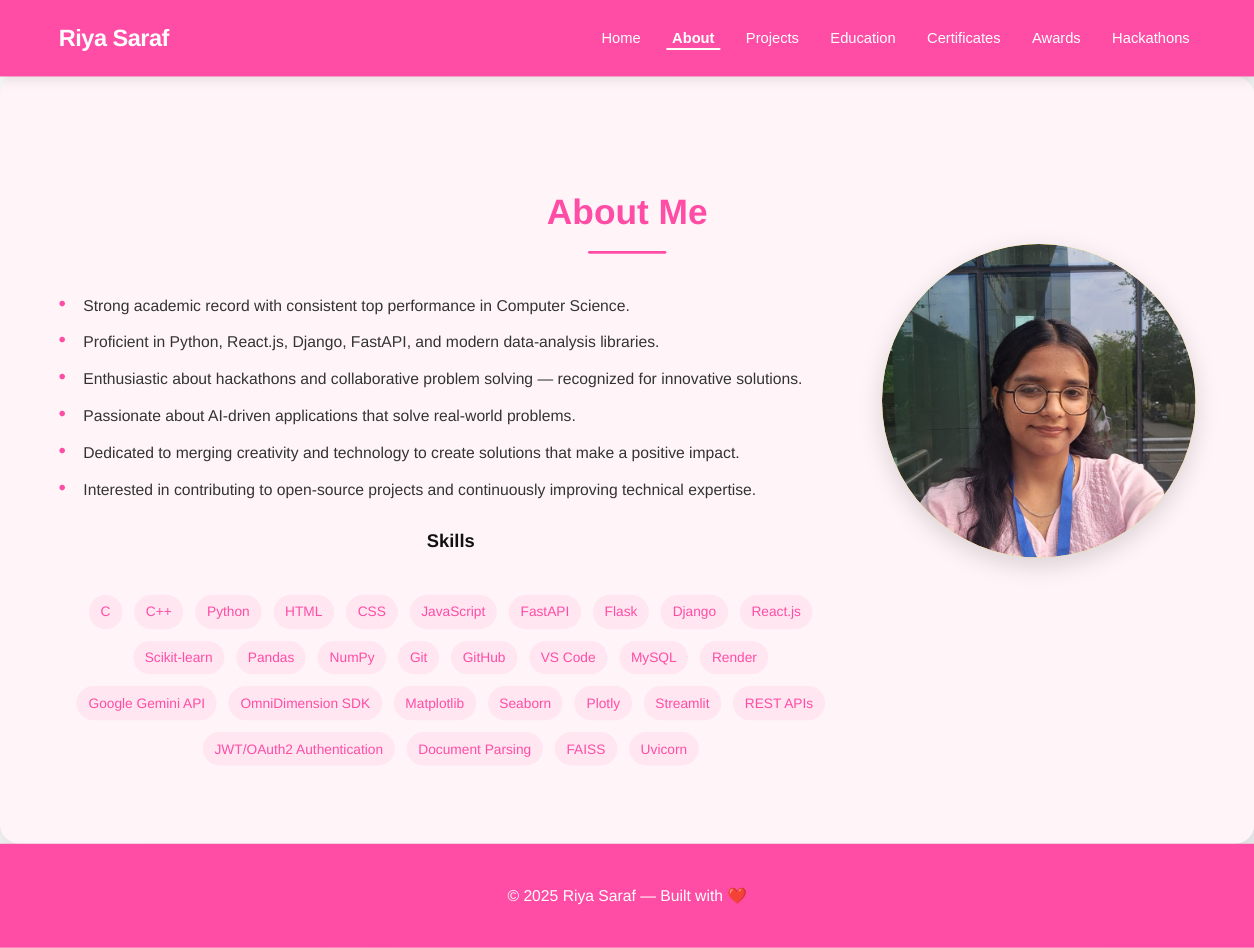
Repository: riyaaaa19/riya-portfolio
Page: /, after clicking the first element matching `nav > :nth-child(2)`
The author's editor kept a copy of each file at every save. The page is drawn from the files as they stood at one save, then again after the next save.
The browser window is 1280 px wide. The pictures show the whole page, at 98% of full size.
The project was rebuilt for these pictures with package versions that can differ from the ones it lists, and the page was loaded fresh each time. Also part of the build but not shown: src/components/TimelineCard.js.

Above is the page before, as saved 2025-09-14 15:54:07.

### src/App.js
import React, { useState } from "react";
import { Mail, Github, Linkedin } from "lucide-react";
import TimelineCard from "./components/TimelineCard";
import "./styles.css";

export default function RiyaSarafPortfolio() {
  const [activePage, setActivePage] = useState("home");

  // ===== Data Sections =====
  const projects = [
    {
      title: "Leave Management System",
      tech: "React.js, FastAPI, PostgreSQL, JWT",
      desc: "Full-stack app for managing employee leave requests with role-based access and JWT authentication.",
      github: "https://github.com/riyaaaa19/leave-management-system",
      img: "/images/leave.png",
    },
    {
      title: "Genomic Analysis Web Application",
      tech: "Python, Django, Scikit-learn, Pandas",
      desc: "Django app for genomic data analysis with ML model selection, preprocessing and visualizations.",
      github: "https://github.com/riyaaaa19/genomic-analysis-django",
      img: "/images/genomics.png",
    },
    {
      title: "CyberSaarthi – Phishing & Invoice Fraud Detection",
      tech: "FastAPI, React.js, SQLite",
      desc: "ML + rule-based backend for phishing and invoice fraud detection with document parsing and structured reports.",
      github: "https://github.com/riyaaaa19/CyberSaarthi",
      img: "/images/cyber.png",
    },
    {
      title: "SheCare AI",
      tech: "FastAPI, React, SQLite, OmniDimension API",
      desc: "Health & wellness assistant for women with cycle tracking, journaling, PCOS risk check, and AI chatbot.",
      github: "https://github.com/sonamnimje/SheCare-AI",
      img: "/images/shecare.png",
    },
    {
      title: "SmartGrocery — AI-Powered Grocery & Recipe Assistant",
      tech: "Flask, Scikit-learn, Bootstrap, CSS",
      desc: "Smart Grocery Web app for recipe suggestions, nutrition tracking, inventory management, and shopping lists.",
      github: "https://github.com/arnavv19/Smart-Grocery-AI",
      img: "/images/grocery.png",
    },
  ];

  const education = [
    {
      school: "BADERIA GLOBAL INSTITUTE OF ENGINEERING AND MANAGEMENT",
      degree: "B.Tech CSE (Data Science)",
      year: "2022 – 2026",
      score: "CGPA: 8.28",
      img: "/images/graduation.png",
    },
    {
      school: "Nachiketa Higher Secondary School, Jabalpur",
      degree: "Class 12th • PCM • State Board",
      year: "2022",
      score: "Percentage: 73.4%",
      img: "/images/school.png",
    },
    {
      school: "Nachiketa Higher Secondary School, Jabalpur",
      degree: "Class 10th • State Board",
      year: "2020",
      score: "Percentage: 92%",
      img: "/images/school.png",
    },
  ];

  const certificates = [
    { title: "PCAP: Programming Essentials in Python", img: "/images/certificate1.jpg" },
    { title: "Introduction to Data Science — Cisco", img: "/images/certificate2.jpg" },
    { title: "Accenture Data Analytics Simulation", img: "/images/certificate3.jpg" },
    { title: "Global Entrepreneur Summit — IIT Kharagpur", img: "/images/certificate4.jpg" },
    { title: "Artificial Intelligence Fundamentals — IBM SkillsBuild", img: "/images/certificate5.jpg" },
    { title: "Cybersecurity Essentials — Cisco", img: "/images/certificate6.jpg" },
    { title: "Data Analytics — IBM Cognos", img: "/images/certificate7.jpg" },
  ];

  const awards = [
    { title: "Branch Topper — 2023, 2024, 2025", img: "/images/award1.jpg" },
    { title: "Best Girls Team Award — Hack SRIT 2025", img: "/images/award2.jpg" },
    { title: "1st Runner-Up — Ecopreneur Hackathon", img: "/images/award3.jpg" },
    { title: "3rd Position — Slide The Change at IEEE SHE ASPIRE 2.0", img: "/images/award4.jpg" },
  ];

  const hackathons = [
    {
      title: "Ecopreneur Hackathon",
      desc: "Hosted by Baderia Global Institute of Engineering and Management",
      img: "/images/hackathon1.jpg",
    },
    {
      title: "36-hour HackSRIT Hackathon",
      desc: "Hosted by Shri Ram Institute of technology",
      img: "/images/hackathon2.jpg",
    },
    {
      title: "Operation Eclipse – Stealth Spacecraft Design & Architecture",
      desc: "Competition at IIITDM Jabalpur",
      img: "/images/hackathon3.jpg",
    },
    {
      title: "Global Entrepreneurship Summit 2025",
      desc: "IIT Kharagpur",
      img: "/images/hackathon4.jpg",
    },
    {
      title: "All India Women only Hackathon 2023",
      desc: "Hosted by Shooting stars foundation",
      img: "/images/hackathon5.jpg",
    },
  ];

  return (
    <div>
      {/* ===== Header ===== */}
      <header>
        <h1>Riya Saraf</h1>
        <nav>
          {["home", "about", "projects", "education", "certificates", "awards", "hackathons"].map((page) => (
            <button
              key={page}
              onClick={() => setActivePage(page)}
              className={activePage === page ? "active" : ""}
            >
              {page.charAt(0).toUpperCase() + page.slice(1)}
            </button>
          ))}
        </nav>
      </header>

      {/* ===== Home Section ===== */}
      {activePage === "home" && (
        <section className="hero">
          <div className="particle-bg">
            <span></span><span></span><span></span><span></span><span></span>
          </div>
          <div className="hero-text">
            <h2>
              Hi There, I'm <span className="highlight">Riya Saraf</span>
            </h2>
            <h3>
              I Am Into{" "}
              <span className="typing-container">
                <span className="typing">Web Development | Data Science | AI/ML</span>
              </span>
            </h3>
            <p>
              Motivated Computer Science undergraduate skilled in Python,
              full-stack development, and ML/AI. Passionate about building
              impactful solutions and contributing to open-source projects.
            </p>

            <div className="hero-buttons">
              <button className="cta" onClick={() => setActivePage("projects")}>View Projects</button>
              <a
                href="https://mail.google.com/mail/?view=cm&fs=1&to=riyasaraf19@gmail.com"
                target="_blank"
                rel="noopener noreferrer"
                className="cta"
              >
                Contact Me
              </a>
              <a
                href={process.env.PUBLIC_URL + "/images/resume.pdf"}
                target="_blank"
                rel="noopener noreferrer"
                className="cta"
              >
                View Resume
              </a>
            </div>

            <div className="social-icons">
              <a href="https://linkedin.com/in/riya-saraf-9223a9257" target="_blank" rel="noreferrer"><Linkedin size={18} /></a>
              <a href="https://github.com/riyaaaa19" target="_blank" rel="noreferrer"><Github size={18} /></a>
              <a href="mailto:riyasaraf19@gmail.com"><Mail size={18} /></a>
              <a href="https://leetcode.com/u/riyaaa19/" target="_blank" rel="noreferrer">LC</a>
              <a href="https://www.hackerrank.com/profile/riyasaraf19" target="_blank" rel="noreferrer">HR</a>
            </div>
          </div>
          <div className="hero-img">
            <div className="avatar-circle">
              <img src="/images/riya-photo.png" alt="Riya Saraf" />
            </div>
          </div>
        </section>
      )}

      {/* ===== About Section ===== */}
      {activePage === "about" && (
        <section className="about">
          <h2>About Me</h2>
          <div className="about-container" style={{ display: "flex", flexWrap: "wrap", gap: "40px", alignItems: "flex-start" }}>

            {/* Left Side: About Text + Skills */}
            <div style={{ flex: 1 }}>
              <ul style={{ paddingLeft: "0", lineHeight: "1.8", listStyle: "none" }}>
                {[
                  "Strong academic record with consistent top performance in Computer Science.",
                  "Proficient in Python, React.js, Django, FastAPI, and modern data-analysis libraries.",
                  "Enthusiastic about hackathons and collaborative problem solving — recognized for innovative solutions.",
                  "Passionate about AI-driven applications that solve real-world problems.",
                  "Dedicated to merging creativity and technology to create solutions that make a positive impact.",
                  "Interested in contributing to open-source projects and continuously improving technical expertise."
                ].map((point, index) => (
                  <li key={index} style={{ position: "relative", paddingLeft: "25px", marginBottom: "12px", fontSize: "16px", color: "#333" }}>
                    <span style={{ position: "absolute", left: 0, color: "#ff4da6", fontWeight: "bold", fontSize: "20px", lineHeight: "1" }}>•</span>
                    {point}
                  </li>
                ))}
              </ul>

              {/* Skills Section */}
              <h3 style={{ marginTop: "25px", marginBottom: "15px", color: "DarkPink", textAlign: "center" }}>Skills</h3>
              <div className="skills-section" style={{ display: "flex", flexWrap: "wrap", gap: "12px", justifyContent: "center" }}>
                {[
                  "C", "C++", "Python", "HTML", "CSS", "JavaScript",
                  "FastAPI", "Flask", "Django", "React.js", "Scikit-learn", "Pandas", "NumPy",
                  "Git", "GitHub", "VS Code", "MySQL", "Render", "Google Gemini API", "OmniDimension SDK",
                  "Matplotlib", "Seaborn", "Plotly", "Streamlit",
                  "REST APIs", "JWT/OAuth2 Authentication", "Document Parsing", "FAISS", "Uvicorn"
                ].map((skill) => (
                  <span key={skill} className="skills-card" style={{
                    backgroundColor: "#ffe6f0",
                    color: "#ff4da6",
                    padding: "6px 12px",
                    borderRadius: "20px",
                    fontSize: "14px",
                    fontWeight: "500"
                  }}>{skill}</span>
                ))}
              </div>
            </div>

            {/* Right Side: About Image */}
            <div className="about-img" >
              <div className="avatar-circle">
                <img
                  src="/images/about.png"
                  alt="About Me"
                />
              </div>
            </div>
          </div>
        </section>
      )}

      {/* ===== Projects Section ===== */}
      {activePage === "projects" && (
        <section>
          <h2>Projects</h2>
          <div className="grid">
            {projects.map((p, i) => (
              <TimelineCard
                key={i}
                title={p.title}
                subtitle={p.tech}
                img={p.img}
                score={<span style={{ color: "#555" }}>{p.desc}</span>}
                github={p.github}
                live={p.live}
                type="project"
              />
            ))}
          </div>
        </section>
      )}

      {/* ===== Education Section ===== */}
      {activePage === "education" && (
        <section>
          <h2>Education</h2>
          <div className="timeline">
            {education.map((e, i) => (
              <TimelineCard
                key={i}
                title={e.school}
                subtitle={e.degree}
                year={e.year}
                score={e.score}
                img={e.img}
                type="education"
              />
            ))}
          </div>
        </section>
      )}

      {/* ===== Certificates Section ===== */}
      {activePage === "certificates" && (
        <section>
          <h2>Certificates</h2>
          <div className="grid">
            {certificates.map((c, i) => (
              <TimelineCard key={i} title={c.title} img={c.img} type="certificate" />
            ))}
          </div>
        </section>
      )}

      {/* ===== Awards Section ===== */}
      {activePage === "awards" && (
        <section>
          <h2>Awards</h2>
          <div className="grid">
            {awards.map((a, i) => (
              <TimelineCard key={i} title={a.title} img={a.img} type="award" />
            ))}
          </div>
        </section>
      )}

      {/* ===== Hackathons Section ===== */}
      {activePage === "hackathons" && (
        <section>
          <h2>Hackathons & Conferences</h2>
          <div className="grid">
            {hackathons.map((h, i) => (
              <TimelineCard key={i} title={h.title} subtitle={h.desc} img={h.img} type="certificate" />
            ))}
          </div>
        </section>
      )}

      {/* ===== Footer ===== */}
      <footer>© {new Date().getFullYear()} Riya Saraf — Built with ❤️</footer>
    </div>
  );
}

### src/styles.css
/* ===== General Styling ===== */
body {
    margin: 0;
    font-family: 'Helvetica Neue', Arial, sans-serif;
    background: linear-gradient(135deg, #fdfbfb 0%, #ebedee 100%);
    color: #111;
    line-height: 1.6;
    scroll-behavior: smooth;
}

/* ===== Header ===== */
header {
    position: sticky;
    top: 0;
    background: #ff4da6;
    padding: 20px 60px;
    display: flex;
    justify-content: space-between;
    align-items: center;
    z-index: 100;
    box-shadow: 0 4px 12px rgba(0, 0, 0, 0.1);
    animation: slideDown 0.8s ease-in-out;
}

header h1 {
    margin: 0;
    font-size: 24px;
    font-weight: 700;
    color: #fff;
    letter-spacing: -0.5px;
    transition: transform 0.3s ease;
}

header h1:hover {
    transform: scale(1.08);
}

nav button {
    background: none;
    border: none;
    margin-left: 20px;
    font-size: 15px;
    color: #fff;
    cursor: pointer;
    transition: color 0.3s, border-bottom 0.3s, transform 0.3s;
}

nav button.active {
    font-weight: 600;
    border-bottom: 2px solid #fff;
    padding-bottom: 2px;
}

nav button:hover {
    color: #ffe3f0;
    transform: translateY(-2px);
}

/* ===== Sections ===== */
section {
    padding: 80px 60px;
    background: white;
    animation: fadeIn 1s ease-in;
}

section h2 {
    font-size: 32px;
    font-weight: 700;
    margin-bottom: 25px;
    color: #ff4da6;
    text-align: center;
    position: relative;
}

section h2::after {
    content: "";
    width: 60px;
    height: 3px;
    background: #ff4da6;
    display: block;
    margin: 10px auto 0;
    border-radius: 2px;
    animation: expand 0.8s ease-in-out;
}

/* ===== Hero Section ===== */
.hero {
    display: flex;
    flex-wrap: wrap;
    justify-content: space-between;
    align-items: center;
    gap: 50px;
    padding: 100px 60px;
    min-height: 80vh;
    position: relative;
    overflow: hidden;
}

.hero-text {
    flex: 1;
    max-width: 600px;
    display: flex;
    flex-direction: column;
    gap: 12px;
}

.hero-text h2 {
    font-size: 52px;
    font-weight: 800;
    margin: 0;
    line-height: 1.2;
    color: #ff4da6;
}

.hero-text .highlight {
    background: linear-gradient(45deg, #ff4da6, #ff7eb9);
    -webkit-background-clip: text;
    -moz-background-clip: text;
    background-clip: text;
    -webkit-text-fill-color: transparent;
    color: transparent;
}

.hero-text h3 {
    font-size: 22px;
    font-weight: 600;
    margin: 0;
    color: #111;
}

.hero-text p {
    max-width: 520px;
    font-size: 16px;
    color: #333;
    line-height: 1.6;
}

/* ===== Typing Effect Fix ===== */
.typing-container {
    display: inline-block;
    min-width: 300px;
    white-space: nowrap;
}

.typing {
    display: inline-block;
    border-right: 2px solid #ff4da6;
    overflow: hidden;
    vertical-align: middle;
    animation: typing 2.5s steps(30, end) forwards, blink-caret 0.75s step-end infinite;
}

@keyframes typing {
    from { width: 0; }
    to { width: 100%; }
}

@keyframes blink-caret {
    0%, 100% { border-color: transparent; }
    50% { border-color: #ff4da6; }
}

/* ===== Avatar ===== */
.hero-img {
    flex: 1;
    display: flex;
    justify-content: center;
    align-items: center;
}

.avatar-circle {
    width: 380px;
    height: 380px;
    border-radius: 50%;
    background: #ffe066;
    display: flex;
    justify-content: center;
    align-items: center;
    box-shadow: 0 8px 25px rgba(0,0,0,0.15);
    overflow: hidden;
    transition: transform 0.4s ease, box-shadow 0.4s ease;
}

.avatar-circle img {
    width: 95%;
    height: auto;
    border-radius: 50%;
    object-fit: cover;
}

.avatar-circle:hover {
    transform: scale(1.05);
    box-shadow: 0 10px 30px rgba(255, 77, 166, 0.3);
}

/* ===== Buttons ===== */
button.cta,
button.outline {
    margin-right: 12px;
    padding: 10px 22px;
    width: 160px;
    font-size: 15px;
    font-weight: 600;
    border-radius: 8px;
    border: 2px solid transparent;
    cursor: pointer;
    transition: all 0.25s ease;
}
.hero-buttons {
  display: flex;
  gap: 12px;
  margin-top: 20px;
  flex-wrap: wrap;
}

.hero-buttons button.cta,
.hero-buttons a.cta {
  flex: 1;
  min-width: 140px;
  text-align: center;
}

button.cta {
    background: #ff4da6;
    color: white;
}

button.cta:hover {
    background: #e04494;
}

button.outline {
    background: transparent;
    color: #ff4da6;
    border: 2px solid #ff4da6;
}

button.outline:hover {
    background: #ff4da6;
    color: white;
}

a.cta {
    display: inline-block;
    margin-right: 12px;
    padding: 10px 22px;
    font-size: 15px;
    font-weight: 600;
    border-radius: 8px;
    border: 2px solid transparent;
    cursor: pointer;
    transition: all 0.25s ease;
    background: #ff4da6;
    color: white;
    text-decoration: none;
    text-align: center;
}

a.cta:hover {
    background: #e04494;
}

/* ===== Social Icons ===== */
.social-icons {
    display: flex;
    gap: 18px;
    margin-top: 18px;
}

.social-icons a {
    color: #ff4da6;
    transition: color 0.25s;
    font-weight: bold;
    font-size: 15px;
    text-decoration: none;
}

.social-icons a:hover {
    color: #e04494;
}

/* ===== Footer ===== */
footer {
    padding: 40px;
    text-align: center;
    background: #ff4da6;
    color: white;
    font-weight: 500;
}

/* ===== Grid for Projects, Certificates, Awards ===== */
.grid {
    display: grid;
    gap: 25px;
    grid-template-columns: repeat(3, 1fr);
}
@media (max-width: 900px) {
    .grid {
        grid-template-columns: repeat(2, 1fr);
    }
}

@media (max-width: 600px) {
    .grid {
        grid-template-columns: 1fr;
    }
}

/* ===== Timeline for Education ===== */
.timeline {
    position: relative;
    margin-left: 20px;
    padding-left: 40px;
    border-left: 3px solid #ff4da6;
}

.timeline-card {
    position: relative;
    margin-bottom: 40px;
    padding: 20px 20px 20px 40px;
    background: #fff;
    border-radius: 12px;
    box-shadow: 0 4px 12px rgba(0,0,0,0.08);
    transition: transform 0.3s, box-shadow 0.3s;
}

.timeline-card:hover {
    transform: scale(1.03);
    box-shadow: 0 6px 18px rgba(0,0,0,0.15);
}

.timeline-card span {
    position: absolute;
    left: -28px;
    top: 20px;
    width: 20px;
    height: 20px;
    border-radius: 50%;
    background: #ff4da6;
    color: #fff;
    display: flex;
    justify-content: center;
    align-items: center;
    font-size: 14px;
}

/* ===== Animations ===== */
@keyframes fadeIn {
    0% { opacity: 0; transform: translateY(20px); }
    100% { opacity: 1; transform: translateY(0); }
}

@keyframes slideDown {
    0% { transform: translateY(-100%); }
    100% { transform: translateY(0); }
}

@keyframes expand {
    0% { width: 0; }
    100% { width: 60px; }
}

/* ===== Responsive ===== */
@media (max-width: 900px) {
    .hero {
        flex-direction: column;
        text-align: center;
    }
    .hero-img {
        margin-top: 30px;
    }
}

/* ===== Timeline Styling for Education (Right-side Images) ===== */
.timeline {
    position: relative;
    padding-right: 60px;
    margin-left: 20px;
    border-left: 3px solid #ff4da6;
}

.timeline .timeline-card {
    position: relative;
    margin-bottom: 30px;
    padding: 15px 20px;
    background: #fff;
    border-radius: 12px;
    box-shadow: 0 4px 12px rgba(0,0,0,0.08);
    transition: transform 0.2s;
}

.timeline .timeline-card:hover {
    transform: scale(1.03);
}

.timeline .timeline-card img {
    width: 50px;
    height: 50px;
    object-fit: cover;
    border-radius: 50%;
    position: absolute;
    right: -65px;
    top: 15px;
    box-shadow: 0 3px 10px rgba(0,0,0,0.15);
}

.timeline .timeline-card h4 {
    margin: 0 0 6px 0;
    font-size: 16px;
    font-weight: 600;
}

.timeline .timeline-card p {
    margin: 2px 0;
    font-size: 14px;
    color: #555;
}

/* ===== About Section ===== */
.about {
    background: #fff5f9;
    padding: 80px 60px;
    border-radius: 20px;
    box-shadow: 0 8px 25px rgba(0,0,0,0.1);
    animation: fadeIn 1s ease-in-out;
}

.about h2 {
    font-size: 36px;
    color: #ff4da6;
    text-align: center;
    font-weight: 800;
    margin-bottom: 40px;
    position: relative;
}

.about h2::after {
    content: "";
    display: block;
    width: 80px;
    height: 3px;
    background: #ff4da6;
    margin: 10px auto 0;
    border-radius: 2px;
}

/* About container layout */
.about-container {
    display: flex;
    flex-wrap: wrap;
    gap: 40px;
    align-items: flex-start;
}

/* Text points */
.about-container ul {
    flex: 1;
    list-style: none;
    padding: 0;
    margin: 0;
}

.about-container ul li {
    font-size: 16px;
    color: #333;
    line-height: 1.6;
    padding-left: 30px;
    margin-bottom: 12px;
    position: relative;
    padding-left: 30px;
    align-items: flex-start;
}

.about-container ul li::before {
    position: absolute;
    left: 0;
    top: 0;
    font-size: 18px;
    color: #ff4da6;
    font-weight: bold;
    line-height: 1;
}

/* About image */
.about-img {
    flex: 0 0 320px; /* increased width */
    display: flex;   /* enable flexbox */
    justify-content: center;
    align-items: center; /* vertically center with the points */
    margin-top: -50px;
}

.about-img .avatar-circle {
    width: 320px;  /* increased size */
    height: 320px; /* increased size */
    border-radius: 50%;
    overflow: hidden;
    box-shadow: 0 8px 25px rgba(0,0,0,0.15);
    transition: transform 0.4s ease, box-shadow 0.4s ease;
}

.about-img .avatar-circle img {
    width: 100%;
    height: 100%;
    object-fit: cover;
}

.about-img .avatar-circle:hover {
    transform: scale(1.05);
    box-shadow: 0 12px 30px rgba(255,77,166,0.3);
}


/* ===== Skills Section ===== */
.skills-section {
    flex: 1 1 100%;
    display: flex;
    flex-wrap: wrap;
    gap: 10px; /* spacing between capsules */
    margin-top: 40px;
    justify-content: center;
}

.skills-card {
    background: #ffe6f0;
    color: #ff4da6;
    padding: 8px 15px;
    border-radius: 50px;
    font-size: 14px;
    font-weight: 600;
    display: inline-block;
    transition: transform 0.2s, box-shadow 0.2s;
    cursor: default;
}

.skills-card:hover {
    transform: translateY(-3px);
    box-shadow: 0 8px 20px rgba(255,77,166,0.2);
}

.skills-card h4,
.skills-card ul,
.skills-card li {
    display: none; /* hide old headings/lists */
}

/* ===== Responsive About Section ===== */
@media (max-width: 900px) {
    .about-container {
        flex-direction: column;
        align-items: center;
        text-align: center;
    }
    .about-img {
        margin-top: 30px;
    }
}

@media (max-width: 600px) {
    .skills-section {
        justify-content: center;
    }
}

Loaded but not shown: public/index.html (common file); src/index.js (common file)

After the next save:
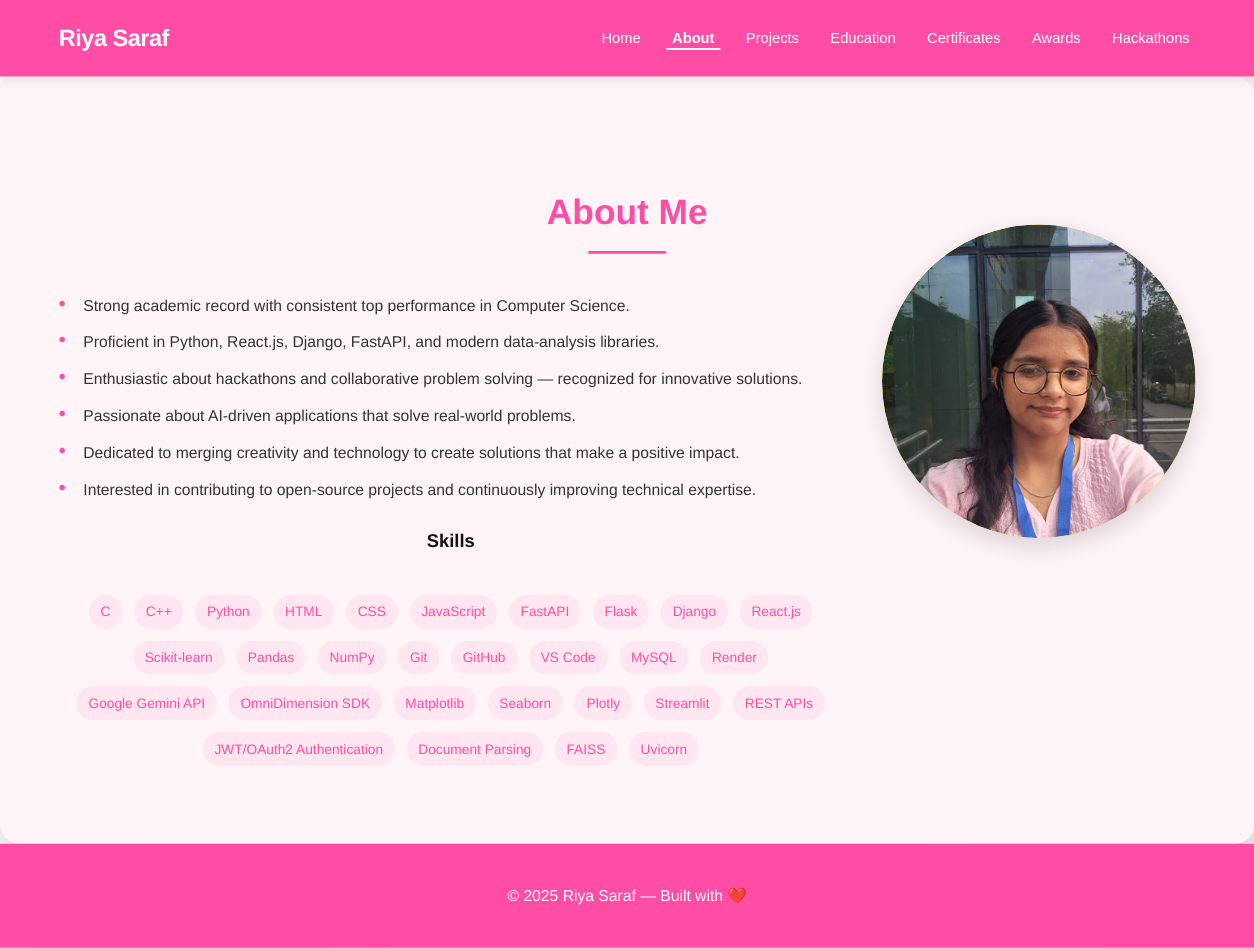
Saved 8 s later.
--- a/src/styles.css
+++ b/src/styles.css
@@ -487,7 +487,7 @@ footer {
     display: flex;   /* enable flexbox */
     justify-content: center;
     align-items: center; /* vertically center with the points */
-    margin-top: -50px;
+    margin-top: -70px;
 }
 
 .about-img .avatar-circle {
